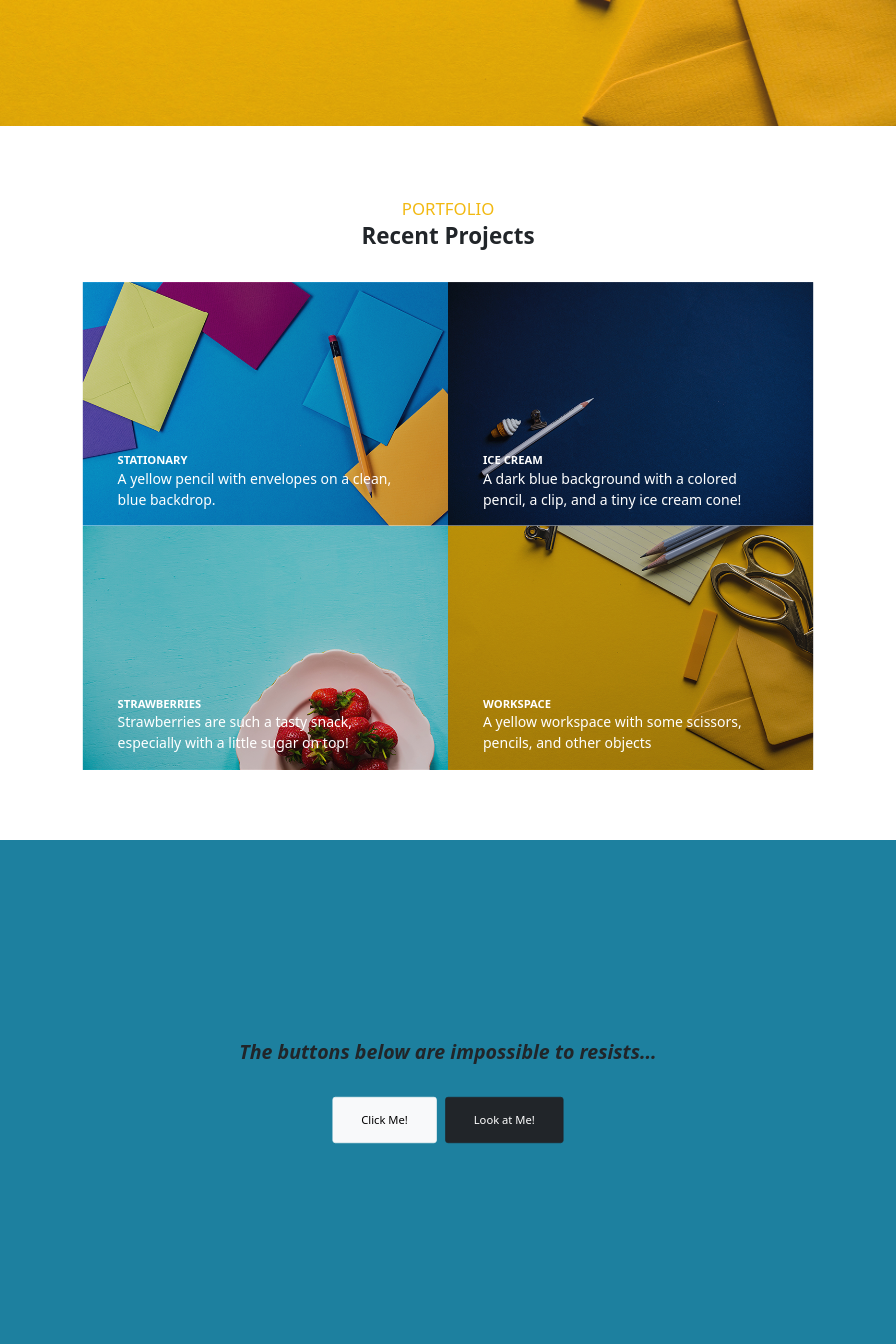
Repository: hoangpino/VE_FE_FrameWork_005
Page: lab06/index.html
An editor plug-in stored every save of this project. The page is shown before and after the next save, followed by the edit.
The browser window is 1280 px wide. The pictures show the part of the page from y = 2700 to 4620 px (the page is 4620 px tall), at 70% of full size.
Backgrounds fixed to the window are drawn as part of the page.

Above is the page before, as saved 2021-10-05 19:58:48.

After the next save:
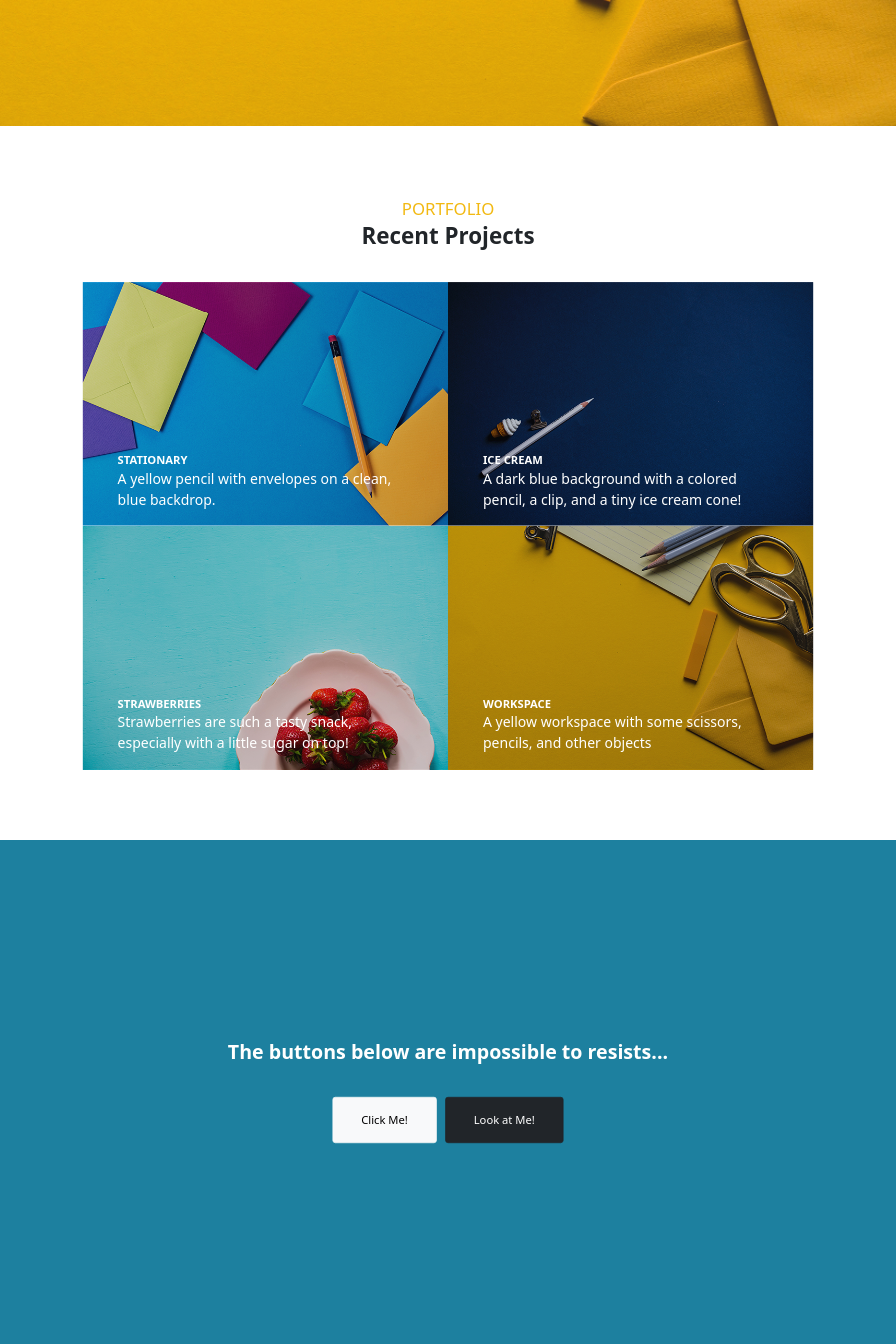
Saved 71 s later.
--- a/lab06/css/style.css
+++ b/lab06/css/style.css
@@ -211,3 +211,8 @@
     background-color: var(--color-green);
 
 }
+
+#action h3 {
+    color: #fff;
+    font-style: normal;
+}
